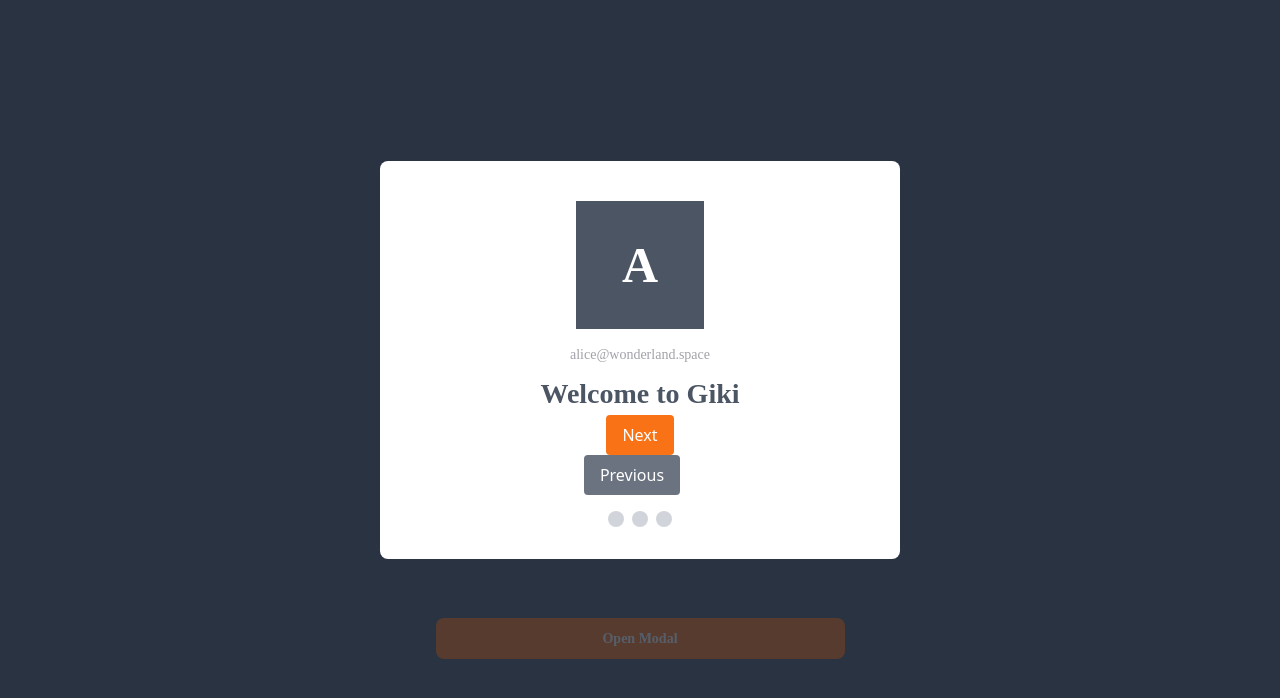
Repository: ZakariaZhlat125/lucatctyteste
Page: /, after clicking the first element matching `button.mt-36`
An editor plug-in stored every save of this project. The page is shown before and after a run of saves, followed by the edit.
The browser window is 1280 px wide. The pictures show the whole page.
The project was rebuilt for these pictures with package versions that can differ from the ones it lists, and the page was loaded fresh each time. Also part of the build but not shown: vite.config.js, src/Components/ModalComponents/PickLang.jsx, src/Components/ModalComponents/SelectImage.jsx.

Above is the page before, as saved 2023-09-29 10:33:54.

After the next 2 saves:
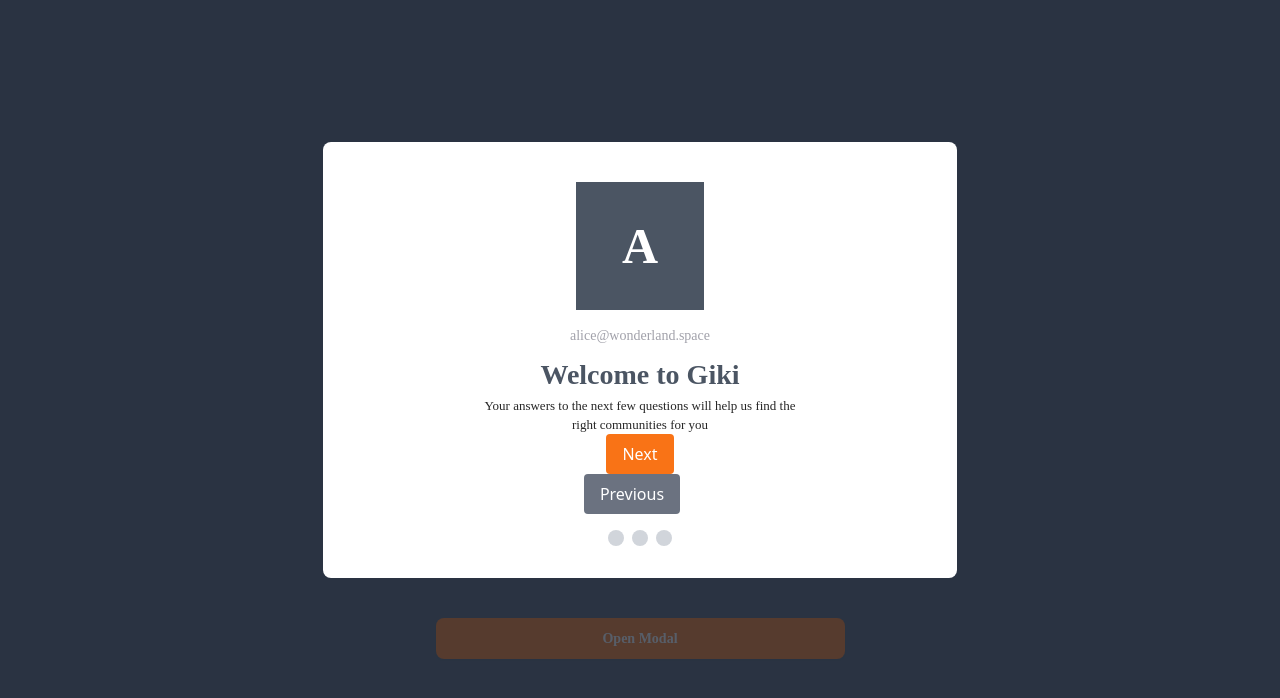
The 2 saves are shown as one change because 1 did not build or start.
The last was saved 68 s later.
--- a/src/Components/ModalComponents/Welcom.jsx
+++ b/src/Components/ModalComponents/Welcom.jsx
@@ -3,15 +3,22 @@
 const Welcom = () => {
   return (
     <div className="flex flex-col justify-center items-center px-32">
-
       <div className="bg-gray-600 w-32 h-32 flex justify-center items-center my-2">
-
-        <p className="text-white text-[50px] font-bold font-['Montserrat']">A</p>
+        <p className="text-white text-[50px] font-bold font-['Montserrat']">
+          A
+        </p>
       </div>
 
-      <p className="my-2 text-zinc-400 text-sm font-medium font-['Poppins'] ">alice@wonderland.space</p>
-      <p className="text-gray-600 text-[28px] font-bold font-['Poppins']">Welcome to Giki</p>
-
+      <p className="my-2 text-zinc-400 text-sm font-medium font-['Poppins'] ">
+        alice@wonderland.space
+      </p>
+      <h3 className="text-gray-600 text-[28px] font-bold font-['Poppins']">
+        Welcome to Giki
+      </h3>
+      <p className="w-[314px] text-center text-neutral-800 text-[13px] font-medium font-['Poppins'] leading-[19px]">
+        Your answers to the next few questions will help us find the right
+        communities for you
+      </p>
     </div>
   );
 };
